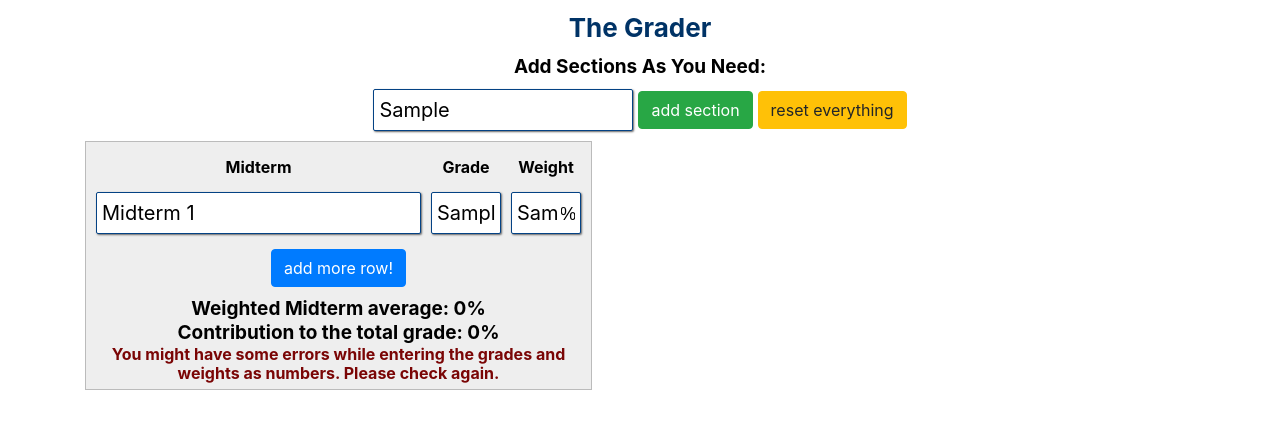
Repository: BarishNamazov/BarishNamazov.github.io
Page: thegrader/index.html
These files come from the project's save history. The page is drawn as it stood at one moment and after the next save; the edit follows.
The browser window is 1280 px wide. The pictures show the whole page.
Empty fields were first filled with sample values (such as "Sample", 5 or name@example.com).
After loading, the first visible `input.gradeValue` was changed once.

Above is the page before, as saved 2020-10-31 19:08:20.

After the next save:
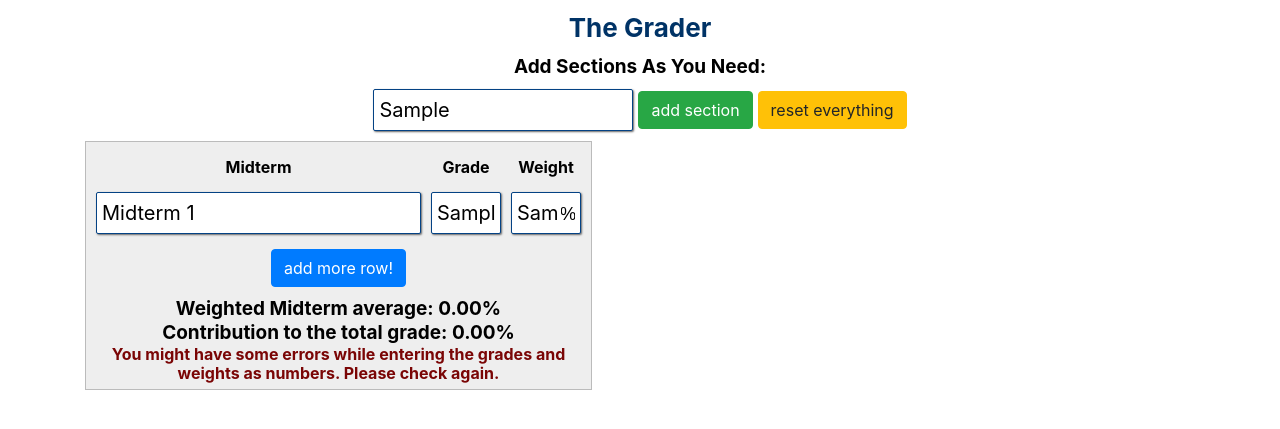
Saved 2 min 25 s later.
--- a/thegrader/scripts.js
+++ b/thegrader/scripts.js
@@ -72,8 +72,8 @@ function updateSectionGrade() {
   } else {
     section.find(".failSafe").hide();
   }
-  section.find(".sectionContribution").text(contribution);
-  section.find(".sectionAverage").text(sectionAverage);
+  section.find(".sectionContribution").text(contribution.toFixed(2));
+  section.find(".sectionAverage").text(sectionAverage.toFixed(2));
 }
 $(".gradeValue").change(updateSectionGrade);
 $(".gradeWeight").change(updateSectionGrade);
